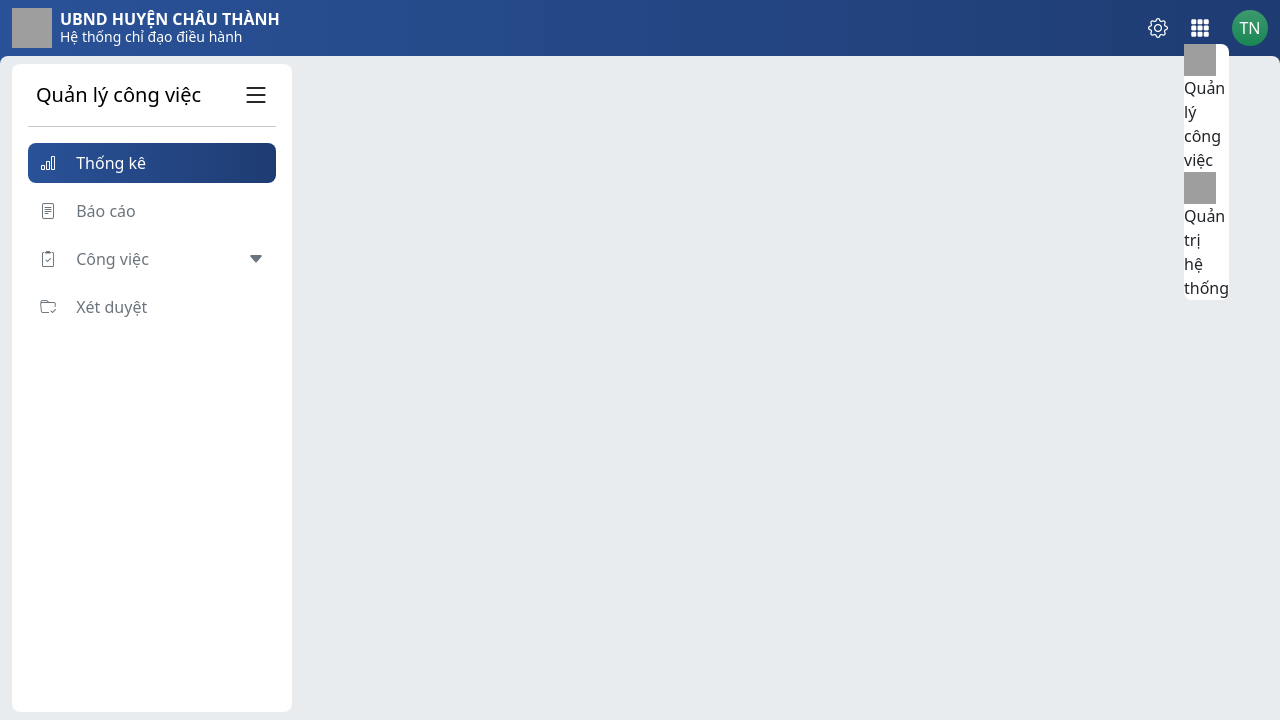
Repository: mys-pro/DATT-HeThongChiDaoDieuHanh
Page: index.html
An editor plug-in stored every save of this project. The page is shown before and after the next save, followed by the edit.
The browser window is 1280 px wide. The pictures show the whole page.
Pictures or frames that could not be fetched are drawn as grey boxes.

Above is the page before, as saved 2024-04-21 15:00:00.

After the next save:
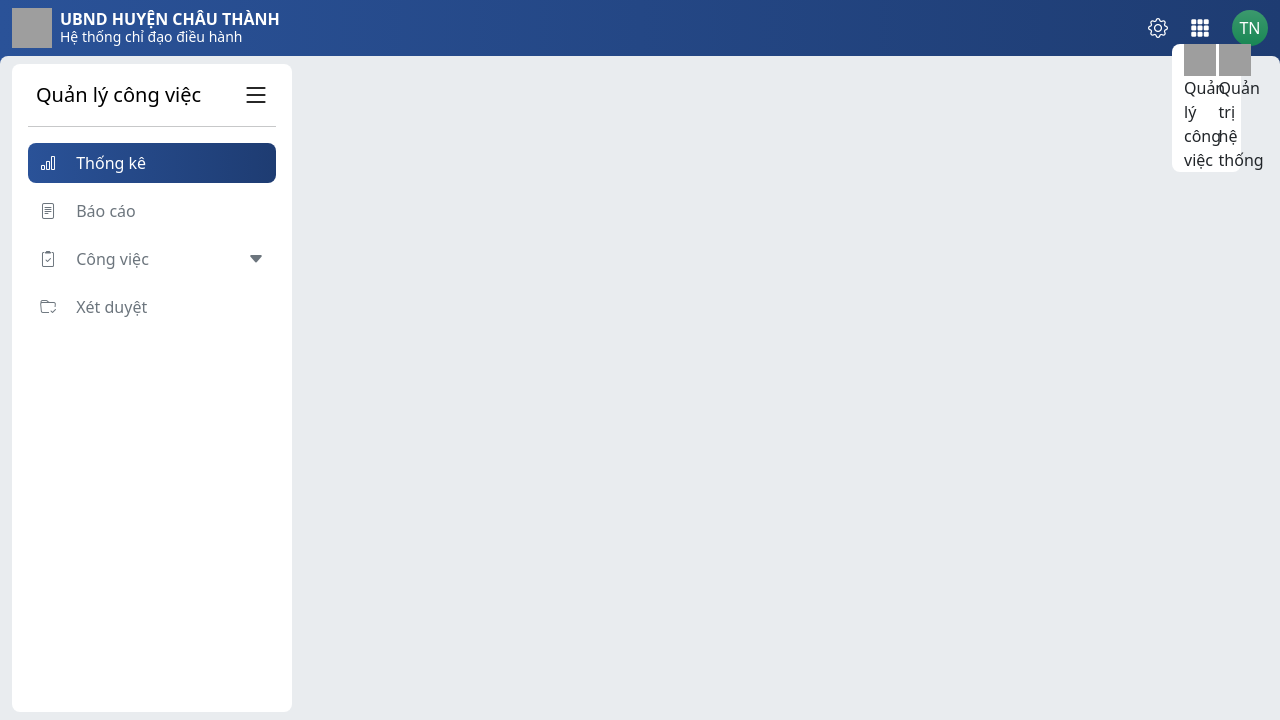
Saved 15 s later.
--- a/index.html
+++ b/index.html
@@ -38,7 +38,7 @@
                             id="dropdown-apps">
                                 <i class="bi bi-grid-3x3-gap-fill fs-5"></i>
                             </button>
-                            <div class="row-cols-2 bg-white rounded-3 position-absolute" id="list-apps">
+                            <div class="row row-cols-2 bg-white rounded-3 position-absolute" id="list-apps">
                                 <div class="col">
                                     <img src="./Assets/Image/task-icon.png" alt="" width="32px" height="32px">
                                     Quản lý công việc
